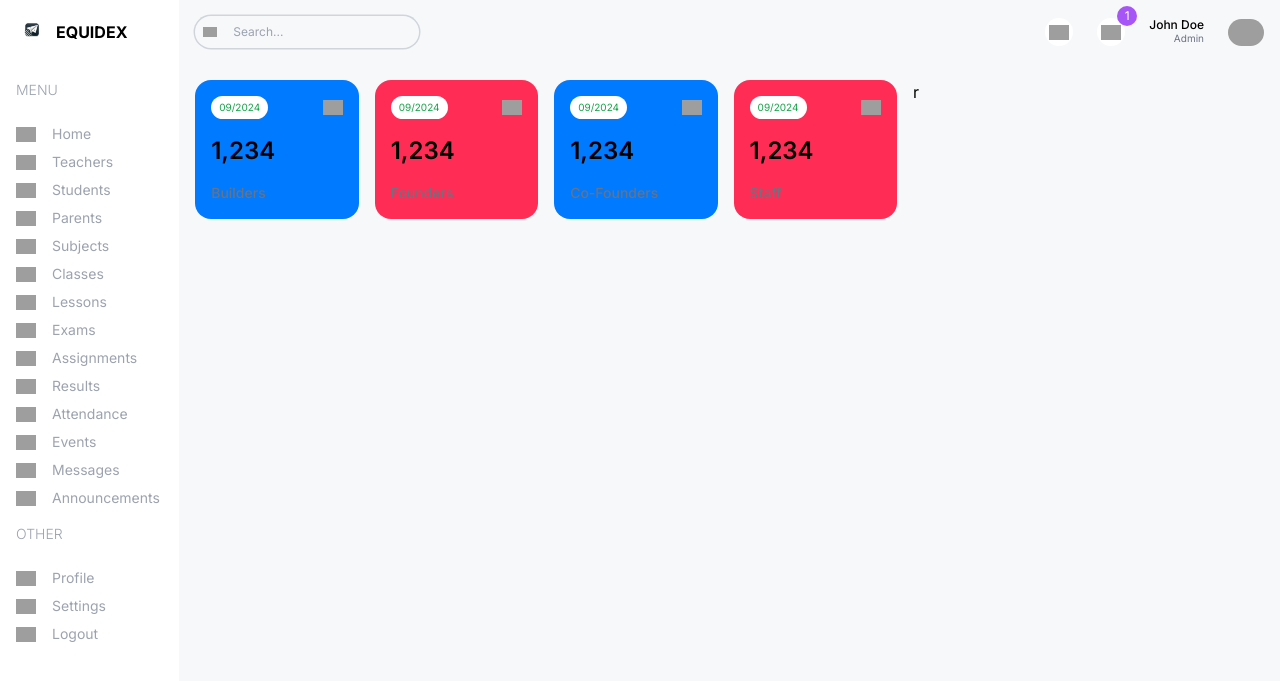
Repository: MikeeBuilds/equidex
Page: /admin
The author's editor kept a copy of each file at every save. The page is drawn from the files as they stood at one save, then again after a run of saves.
The browser window is 1280 px wide. The pictures show the whole page.
Pictures or frames that could not be fetched are drawn as grey boxes. The project was rebuilt for these pictures with package versions that can differ from the ones it lists, and the page was loaded fresh each time. The framework's server and built-in components were replaced by stand-ins that run in the browser. Also part of the build but not shown: next.config.mjs.

Above is the page before, as saved 2024-09-24 18:33:44.

After the next 6 saves:
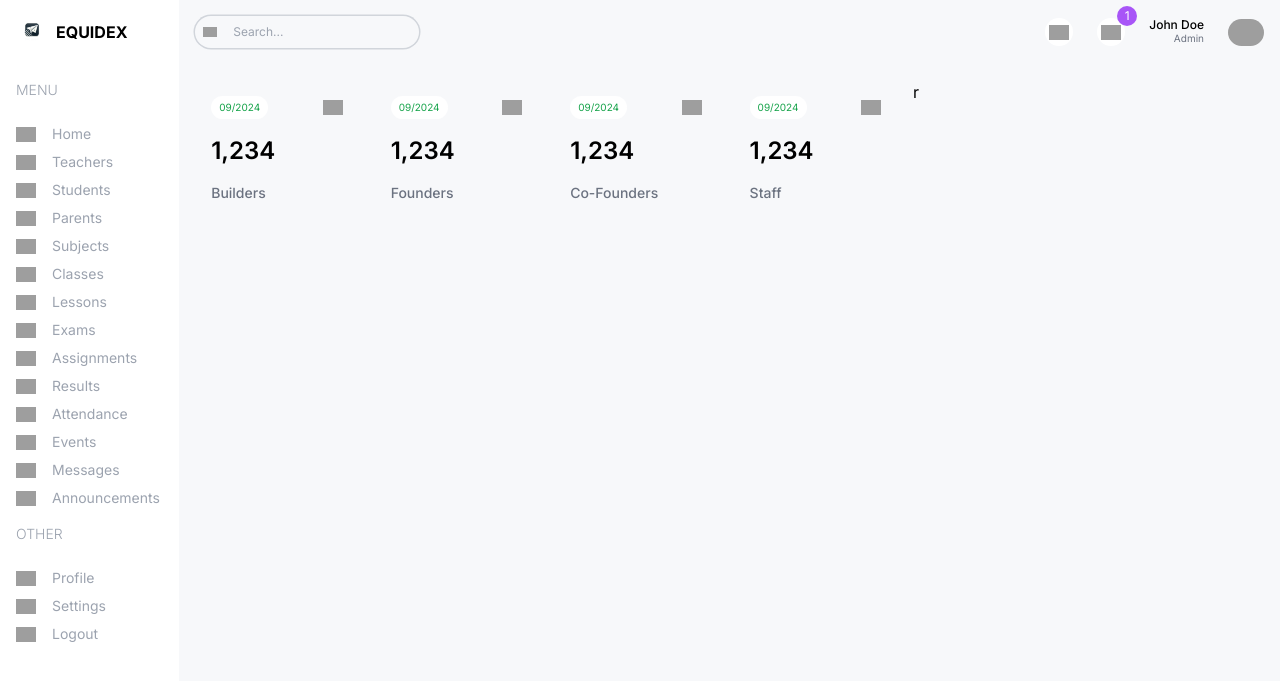
The 6 saves are shown as one change because they came seconds apart.
The last was saved 76 s later.
--- a/tailwind.config.ts
+++ b/tailwind.config.ts
@@ -14,12 +14,12 @@ const config: Config = {
           "conic-gradient(from 180deg at 50% 50%, var(--tw-gradient-stops))",
       },
       colors: {
-        dexBlue: "#007AFF",
-        dexBlueLight: "#D4EDFF",
-        dexGreen: "#34C759",
-        dexGreenLight: "#E5F7E7",
-        dexPink: "#FF2D55",
-        dexPinkLight: "#FFEFF2",
+        dexSky: "#007AFF",
+        dexSkyLight: "#D4EDFF",
+        dexPurple: "#5856D6",
+        dexPurpleLight: "#E5E5EA",
+        dexYellow: "#FFCC00",
+        dexYellowLight: "#FFFAEF",
       },
     },
   },
